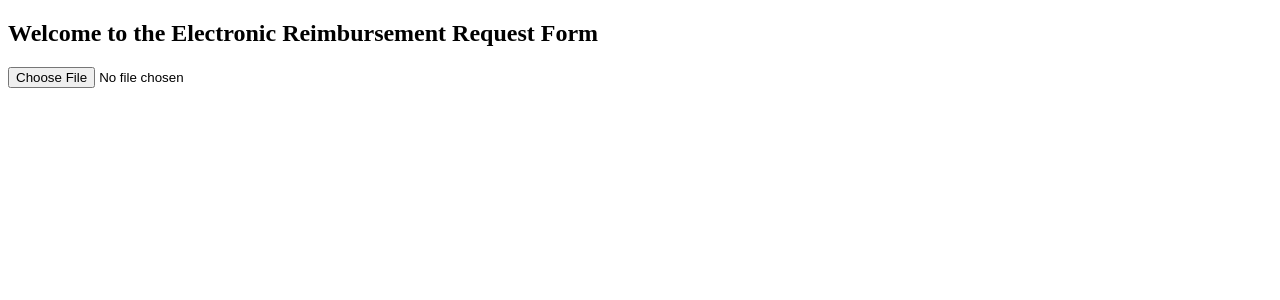
Repository: lharrill01/july_11_current_projects
Page: gres/src/main/java/gres/model/errfwelcome.html
These files come from the project's save history. The page is drawn as it stood at one moment and after the next save; the edit follows.
The browser window is 1280 px wide. The pictures show the whole page.

Above is the page before, as saved 2019-07-07 20:04:13.

After the next save:
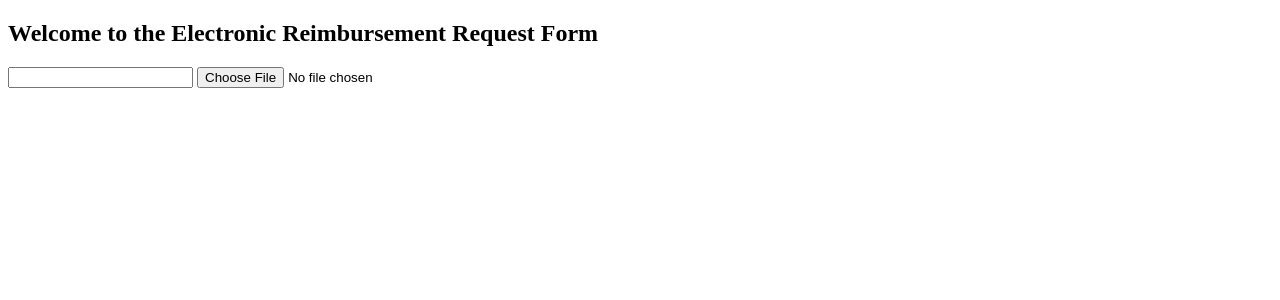
Saved 2 min 36 s later.
--- a/gres/src/main/java/gres/model/errfwelcome.html
+++ b/gres/src/main/java/gres/model/errfwelcome.html
@@ -5,6 +5,7 @@
 <title>Welcome to the Electronic Reimbursment Request Form</title>
 </head>
 <h2>Welcome to the Electronic Reimbursement Request Form</h2>
+<input >
 
 <input type="file" name="reciepts" accept="image/*">
 <body>
